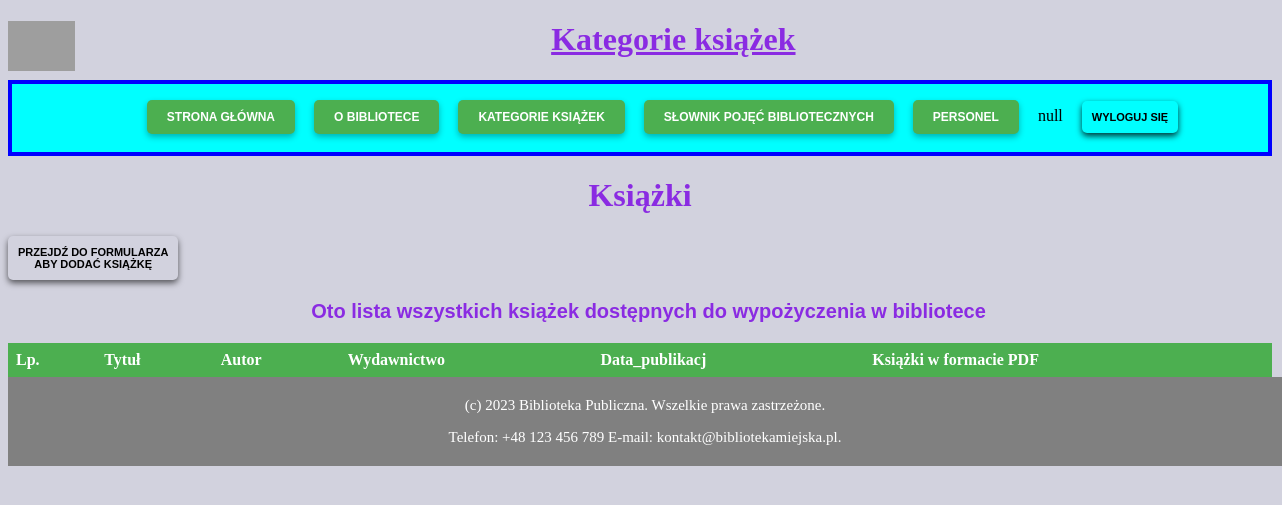
Repository: Dominik098/projekt
Page: http://localhost/biblioteka/C_Kategorie książek.jsp
The author's editor kept a copy of each file at every save. The page is drawn from the files as they stood at one save, then again after the next save.
The browser window is 1280 px wide. The page is 1282 px wide, so the pictures cover 1282 px, including what lies to the right of the window. The pictures show the whole page.
Pictures or frames that could not be fetched are drawn as grey boxes. The page is served by Tomcat 9. Queries for data that is not in the repository find no rows.

Above is the page before, as saved 2023-06-08 18:35:16.

After the next save:
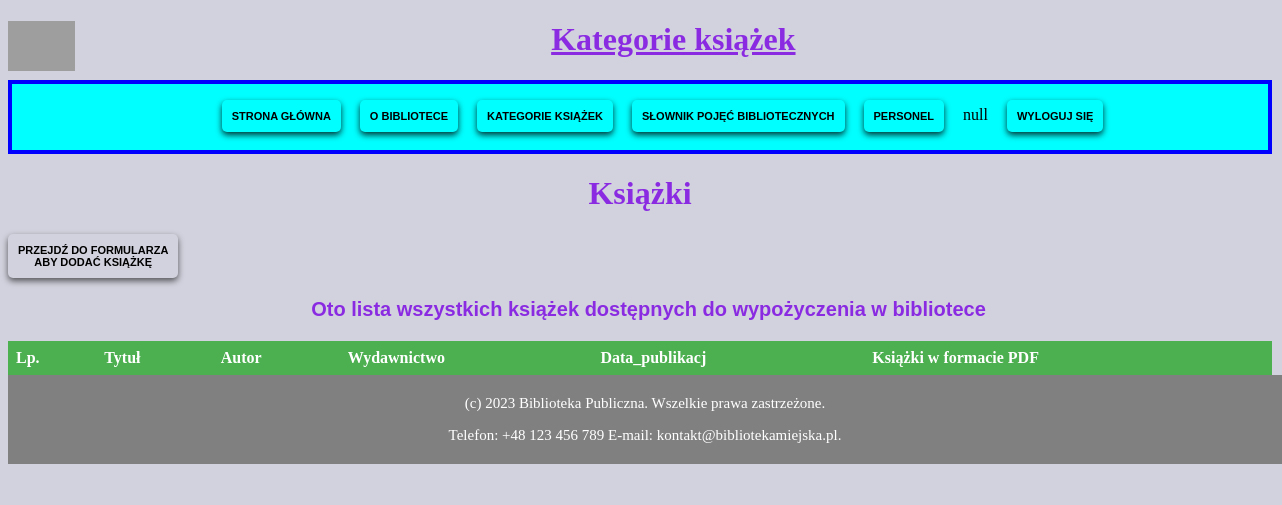
Saved 2 min 1 s later.
--- a/java projekt/biblioteka/src/main/webapp/C_Kategorie książek.jsp
+++ b/java projekt/biblioteka/src/main/webapp/C_Kategorie książek.jsp
@@ -30,12 +30,12 @@
     <header>
         <nav>
             <ul>
-                <li class="znacznik" ><a href="A_strona-gl.jsp"><button class="pobierz" >Strona główna</button></a></li>
-                <li class="znacznik" ><a href="B_O bibiotece.jsp"><button class="pobierz" >O bibliotece</button></a></li>
-                <li  class="znacznik"><a href="C_Kategorie książek.jsp"><button class="pobierz" >Kategorie książek</button> </a></li>
+                <li class="znacznik" ><a href="A_strona-gl.jsp"><button class="wyloguj" >Strona główna</button></a></li>
+                <li class="znacznik" ><a href="B_O bibiotece.jsp"><button class="wyloguj" >O bibliotece</button></a></li>
+                <li  class="znacznik"><a href="C_Kategorie książek.jsp"><button class="wyloguj" >Kategorie książek</button> </a></li>
                 <!--   <li><a href="D_Wypożyczenia.jsp"><button class="pobierz" >Wypożyczane </a></li>-->
-                <li class="znacznik"><a href="E_Słownik pojęć.jsp"><button class="pobierz" >Słownik pojęć bibliotecznych</button></a></li>
-                <li class="znacznik"><a href="F_personel.jsp"><button class="pobierz" >Personel</button></a></li>
+                <li class="znacznik"><a href="E_Słownik pojęć.jsp"><button class="wyloguj" >Słownik pojęć bibliotecznych</button></a></li>
+                <li class="znacznik"><a href="F_personel.jsp"><button class="wyloguj" >Personel</button></a></li>
                <!-- <li class="znacznik"><a href="G_login.jsp">Logowanie</a></li>
                 <li class="znacznik"><a href="H_rejestracja.jsp">Rejestracja</a></li>-->
 
